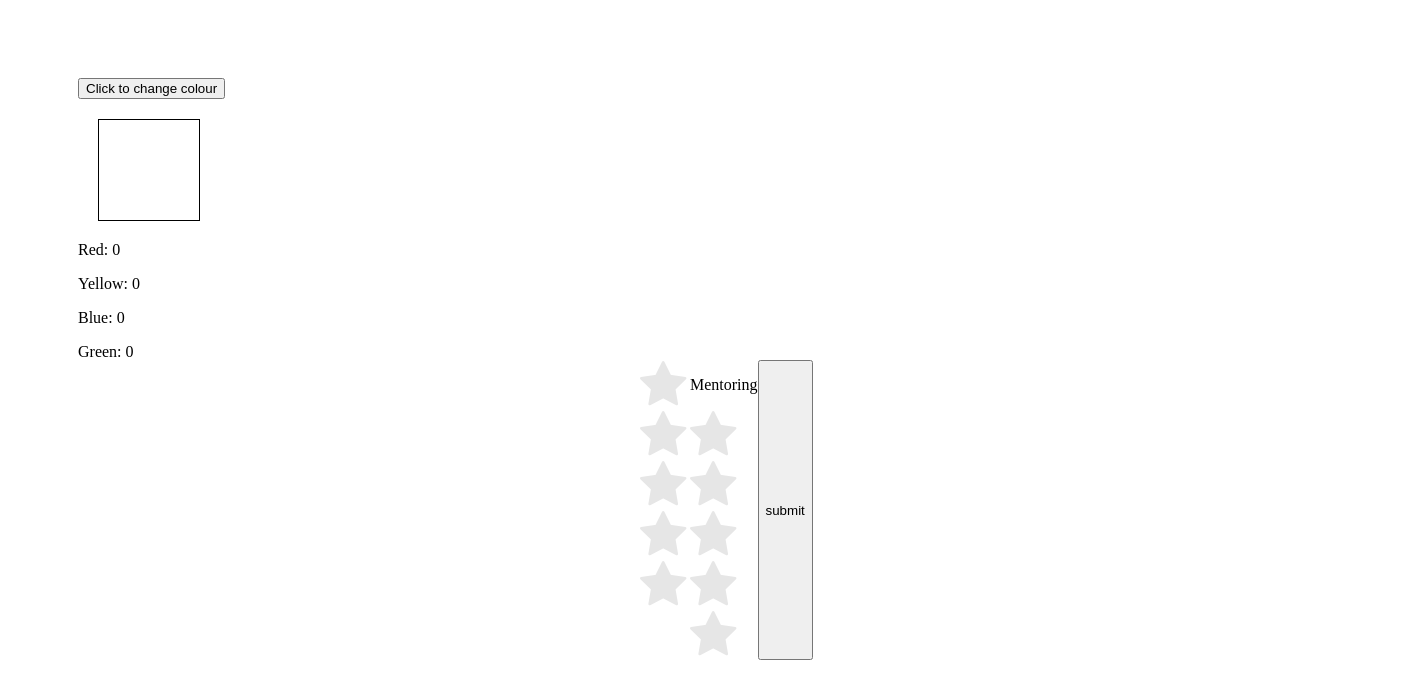
Repository: samalty/star-rating-system-js-test
Page: home.html
The author's editor kept a record of every edit. The page is drawn from the files as they stood at one moment, then again after the next edit.
The browser window is 1280 px wide. The page is 1412 px wide, so the pictures cover 1412 px, including what lies to the right of the window. The pictures show the whole page.

Above is the page before.

After the next edit:
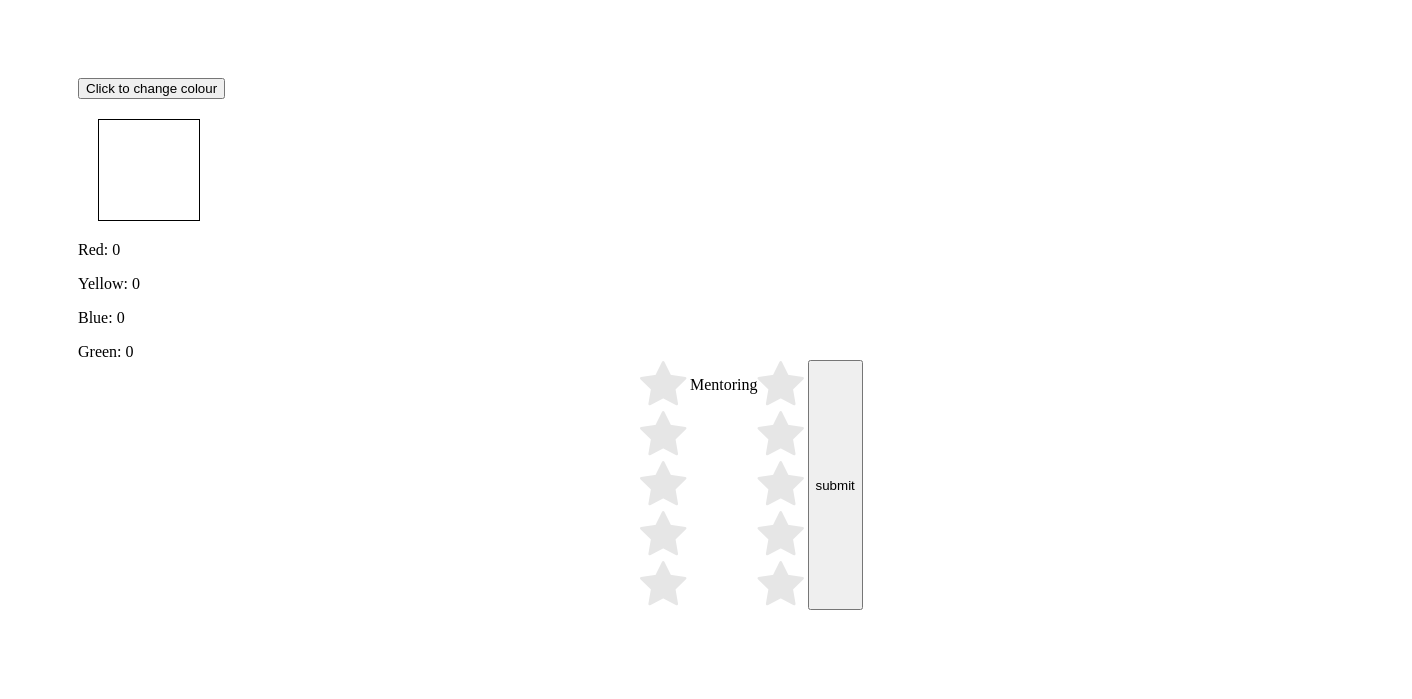
The edit:
--- a/home.html
+++ b/home.html
@@ -32,8 +32,8 @@
                     </label>
                 </div>
                 <br>
+                <p>Mentoring</p>
                 <div class="starContainer2">
-                    <p>Mentoring</p>
                     <input type="radio" name="star" class="star" id="star5" value="5"><label for="star5">
                     </label>
                     <input type="radio" name="star" class="star" id="star4" value="4"><label for="star4">
